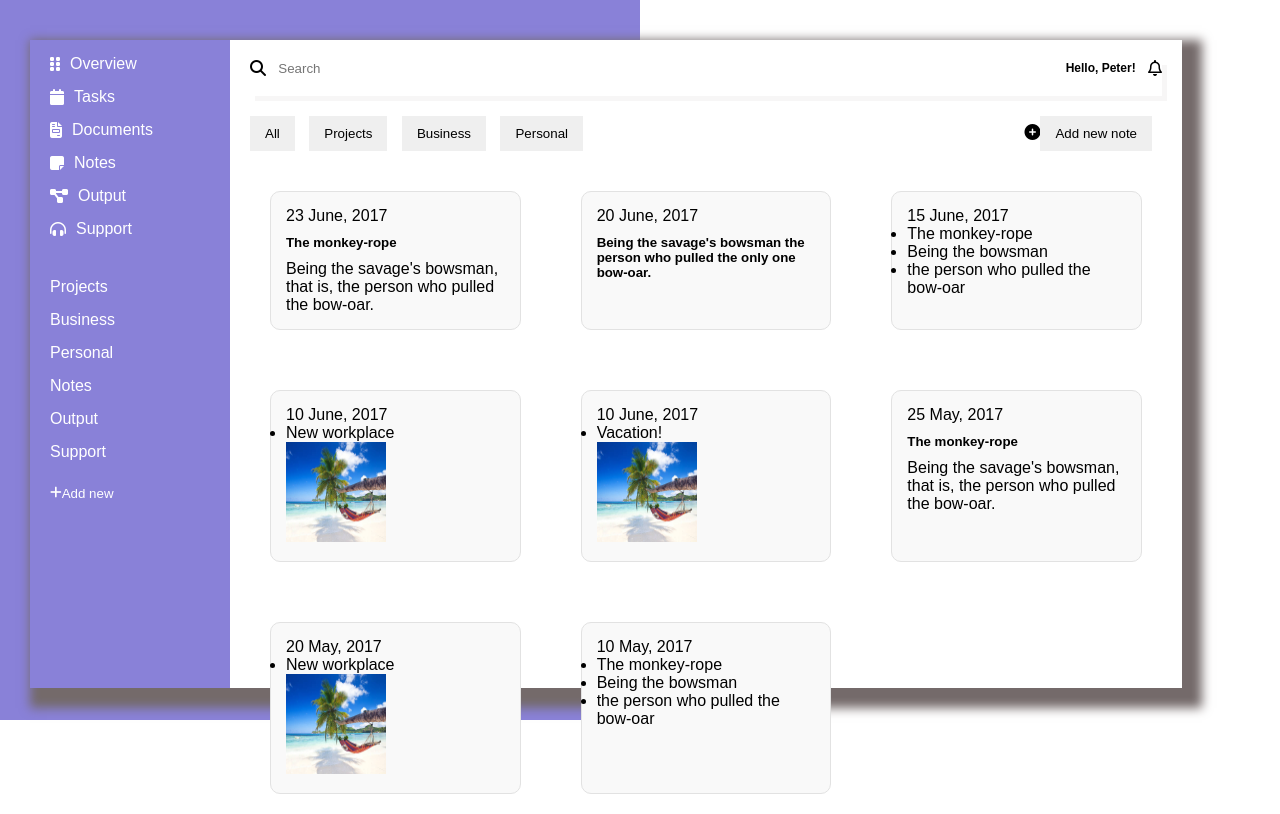
Repository: SatenikGabrielyan/HTML_CSS-_Assignment
Page: index.html
These files come from the project's save history. The page is drawn as it stood at one moment and after the next save; the edit follows.
The browser window is 1280 px wide. The pictures show the whole page.
Some web libraries are served in a nearby version.

Above is the page before, as saved 2025-03-18 00:59:17.

After the next save:
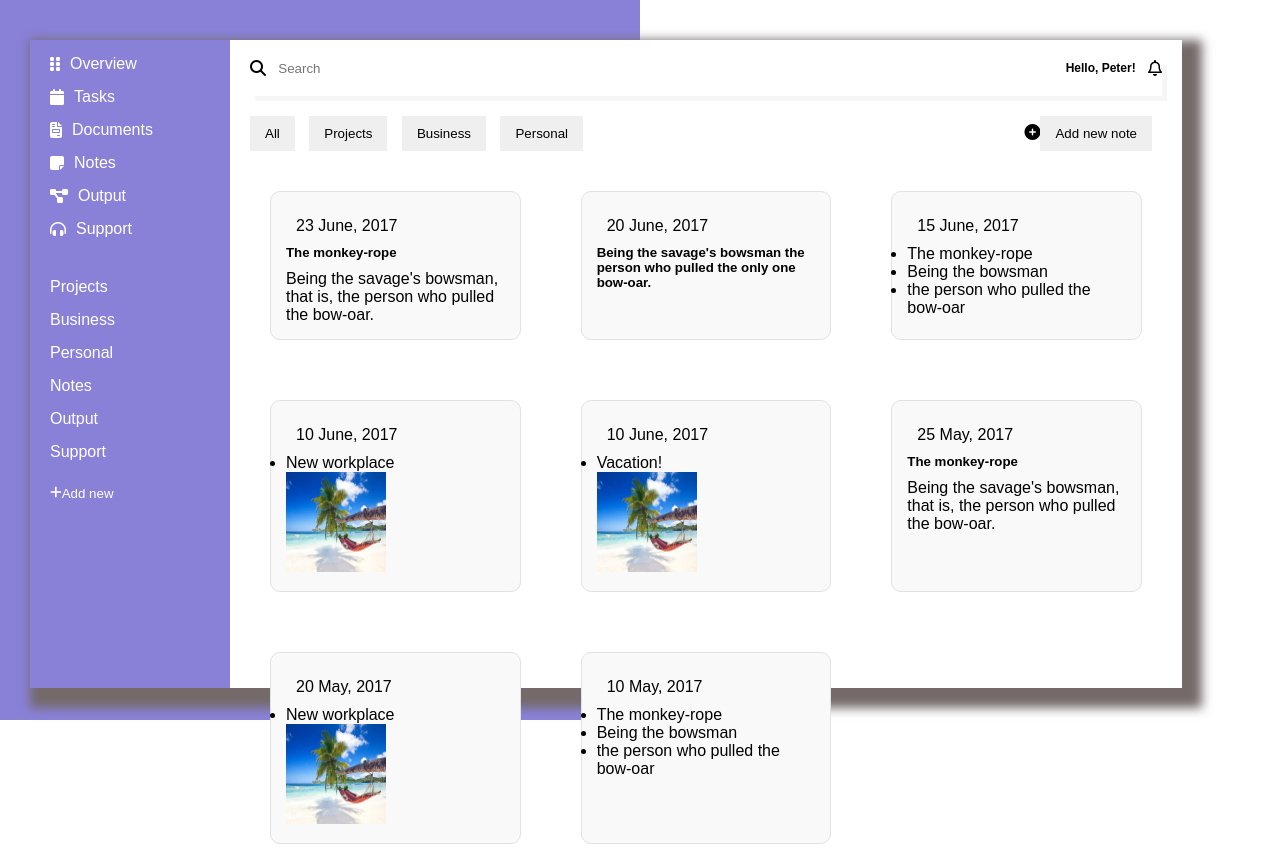
Saved 109 s later.
--- a/style.css
+++ b/style.css
@@ -341,8 +341,9 @@ height: 100px;
 }
 
 .note-card h4 {
-    margin: 0;
+    margin: 10px;
     font-weight: normal;
+    align-items: center;
 }
 
 .note-card h5 {
